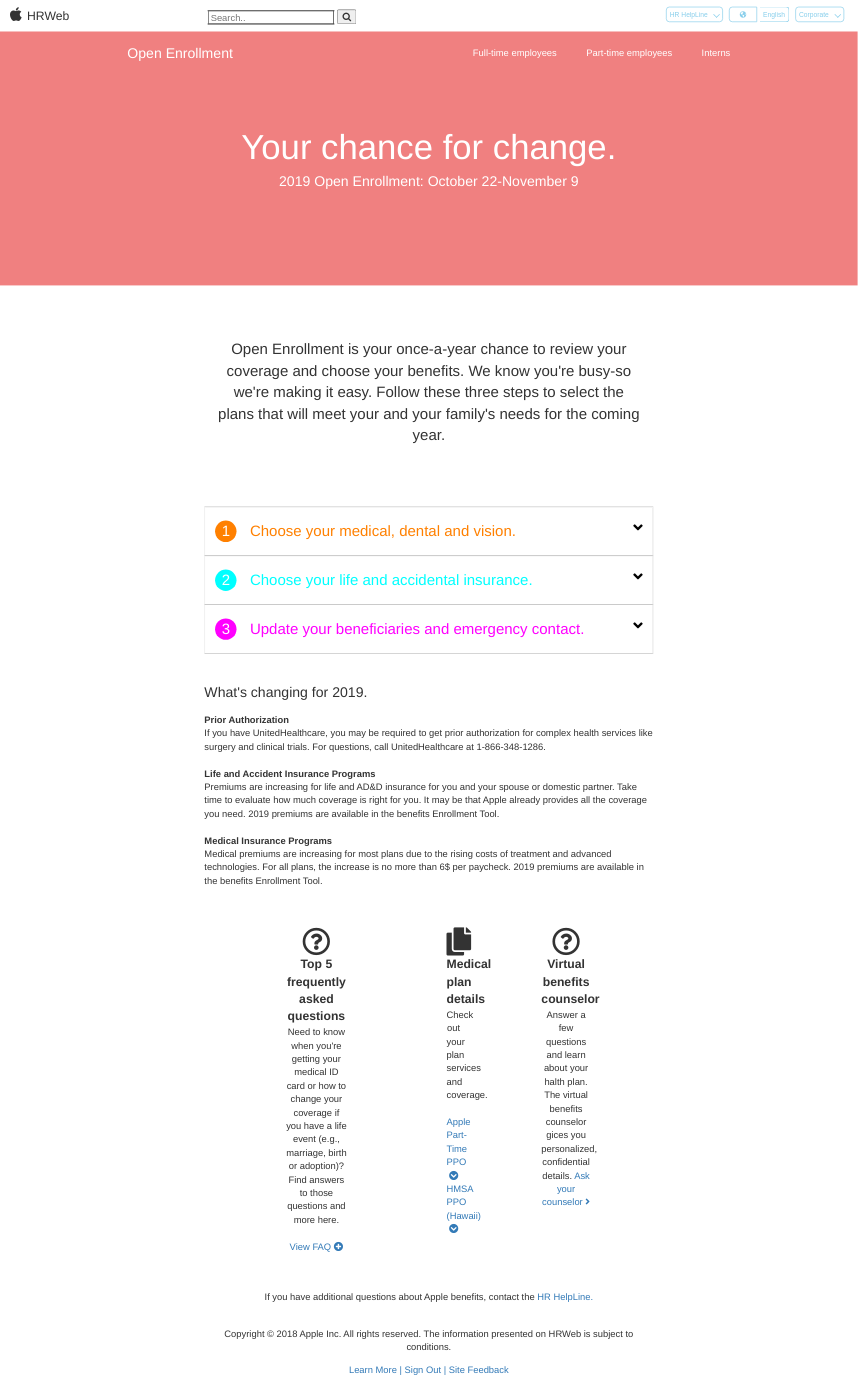
Repository: rmcc0724/templates
Page: index.html
The author's editor kept a record of every edit. The page is drawn from the files as they stood at one moment, then again after the next edit.
The browser window is 1280 px wide. The pictures show the whole page, at 67% of full size.
Some web libraries are served in a nearby version.

Above is the page before.

### index.html
<!DOCTYPE html>
<html lang="en">

<head>
  <meta name="viewport" content="width=device-width, initial-scale=1" <title>
  </title>
  <link rel="stylesheet" href="https://use.fontawesome.com/releases/v5.5.0/css/all.css" integrity="sha384-B4dIYHKNBt8Bc12p+WXckhzcICo0wtJAoU8YZTY5qE0Id1GSseTk6S+L3BlXeVIU" crossorigin="anonymous">
  <link rel="stylesheet" href="https://maxcdn.bootstrapcdn.com/bootstrap/3.3.7/css/bootstrap.min.css">
  <link rel="stylesheet" href="https://cdnjs.cloudflare.com/ajax/libs/font-awesome/4.7.0/css/font-awesome.min.css">
  <script src="https://ajax.googleapis.com/ajax/libs/jquery/3.3.1/jquery.min.js"></script>
  <script src="https://maxcdn.bootstrapcdn.com/bootstrap/3.3.7/js/bootstrap.min.js"></script>
  <script src="https://cdnjs.cloudflare.com/ajax/libs/popper.js/1.14.5/umd/popper.min.js"></script>
  <link rel="stylesheet" href="css/normalize.css">
  <link rel="stylesheet" href="css/style.css">
  <link rel="stylesheet" href="css/responsive.css">
</head>

<body>

  <div id="top-items">
    <p><i class="fab fa-apple fa-x3"></i>HRWeb</p>
    <div class="searchForm example">
      <input type="text" placeholder="Search.." name="search">
      <button type="submit"><i class="fa fa-search"></i></button>
    </div>

    <div class="dropdownItems">
      <div class="dropdown">
        <button class="dropbtn">HR HelpLine<i class="arrow down"></i></button>
        <div id="myDropdown" class="dropdown-content">
          <a href="#hrhelpline">1800-HR</a>
        </div>
      </div>
      <div class="dropdown earth">
        <button class="dropbtn"><i class="fas fa-globe-americas"></i></button>
        <div id="myDropdown" class="dropdown-content">
        </div>
      </div>
      <div class="dropdown">
        <button class="dropbtn eng">English</button>
        <div id="myDropdown" class="dropdown-content">
          <a href="#hrhelpline">English</a>
        </div>
      </div>


      <div class="dropdown">
        <button class="dropbtn">Corporate<i class="arrow down"></i></button>
        <div id="myDropdown" class="dropdown-content">
          <a href="#hrhelpline">Corporate</a>

        </div>
      </div>


    </div>


  </div>

  <header>
    <div class="nav-links">
      <h3>Open Enrollment</h3>
      <nav>
        <ul>
          <li><a href="#">Full-time employees</a></li>
          <li><a href="#">Part-time employees</a></li>
          <li><a href="#">Interns</a></li>
        </ul>
      </nav>
    </div>
    <div class="change">
      <h1 class="text-center">Your chance for change.</h1>
      <h4 class="text-center">2019 Open Enrollment: October 22-November 9</h4>
    </div>


  </header>
  <div class="container">
    <div class="chance">

      <p>Open Enrollment is your once-a-year chance to review your coverage and choose your benefits. We know you're busy-so we're making it easy. Follow these three steps to select the plans that will meet your and your family's needs for the coming year.</p>

      <!----Here I used the bootstrap accordion function -->

      <div class="panel-group" id="accordion">
        <div class="panel panel-default panel_1">
          <div class="panel-heading">
            <h4 class="panel-title">
              <a data-toggle="collapse" data-parent="#accordion" href="#collapse1"><span class="nums num1">1 </span><span>Choose your medical, dental and vision.</span><i class="fas fa-angle-down"></i></a>
            </h4>
          </div>
          <div id="collapse1" class="panel-collapse collapse">
            <div class="panel-body">Medical, dental, and vision info here.</div>
          </div>
        </div>
        <div class="panel panel-default panel_2">
          <div class="panel-heading">
            <h4 class="panel-title">
              <a data-toggle="collapse" data-parent="#accordion" href="#collapse2"><span class="nums num2">2 </span><span>Choose your life and accidental insurance.</span><i class="fas fa-angle-down"></i></a>
            </h4>
          </div>
          <div id="collapse2" class="panel-collapse collapse">
            <div class="panel-body">Life and accidental insurance info here.</div>
          </div>
        </div>
        <div class="panel panel-default panel_3">
          <div class="panel-heading">
            <h4 class="panel-title">
              <a data-toggle="collapse" data-parent="#accordion" href="#collapse3"><span class="nums num3">3 </span><span>Update your beneficiaries and emergency contact.</span><i class="fas fa-angle-down"></i></a>
            </h4>
          </div>
          <div id="collapse3" class="panel-collapse collapse">
            <div class="panel-body">Beneficiaries and emergency contact info here.</div>
          </div>
        </div>
      </div>
    </div>
    <div class="changing">
      <h3>What's changing for 2019.</h3>
      <p><strong>Prior Authorization</strong><br/> If you have UnitedHealthcare, you may be required to get prior authorization for complex health services like surgery and clinical trials. For questions, call UnitedHealthcare at 1-866-348-1286.</p>

      <p><strong>Life and Accident Insurance Programs</strong><br/> Premiums are increasing for life and AD&D insurance for you and your spouse or domestic partner. Take time to evaluate how much coverage is right for you. It may be that Apple already provides
        all the coverage you need. 2019 premiums are available in the benefits Enrollment Tool.</p>

      <p><strong>Medical Insurance Programs</strong><br/> Medical premiums are increasing for most plans due to the rising costs of treatment and advanced technologies. For all plans, the increase is no more than 6$ per paycheck. 2019 premiums are available
        in the benefits Enrollment Tool.
      </p>
    </div>





    <div class="bottom">

      <div class="faq">
        <p><i class="far fa-question-circle fa-3x"></i></p>
        <p class=bottom-title><strong>Top 5 frequently<br />asked questions</strong></p>
          <p>Need to know when you're getting your medical ID card or how to change your coverage if you have a life event (e.g., marriage, birth or adoption)? Find answers to those questions and more here.
          <br/><br/>
          <a href="#">View FAQ <i class="fas fa-plus-circle "></i></a>
        </p>
      </div>
      <div class="faq">
        <p><i class="fas fa-copy fa-3x"></i></p>
        <p class=bottom-title><strong>Medical plan <br/>details</strong></p>
        <p>Check out your plan services and coverage.<br/><br/>
        <a href="#">Apple Part-Time PPO <i class="fas fa-chevron-circle-down"></i></a><br>
        <a href="#">HMSA PPO (Hawaii) <i class="fas fa-chevron-circle-down"></i></a>
        </p>
      </div>

      <div class="faq">
        <p><i class="far fa-question-circle fa-3x"></i></p>
        <p class=bottom-title> <strong>Virtual benefits<br/>counselor</strong></p>
        <p>Answer a few questions and learn about your halth plan. The virtual benefits counselor gices you personalized, confidential details.
          <a href="#">Ask your counselor <i class="fas fa-angle-right"></i></a>
        </p>
      </div>



    </div>



    <footer>
      <p class="text-center questions">If you have additional questions about Apple benefits, contact the <a ref="#">HR HelpLine.</a></p>
      <p>Copyright &#169; 2018 Apple Inc. All rights reserved. The information presented on HRWeb is subject to conditions.</p>
      <ul>
        <li><a href="#">Learn More |</a></li>
        <li><a href="#"> Sign Out |</a></li>
        <li><a href="#"> Site Feedback</a></li>
      </ul>
    </footer>
  </div>
</body>



</html>

### css/style.css
body {
    margin: 0 auto;
}

.container {
    max-width: 700px;
    padding-top: 0px;
}

/************************************************/

/*    Header:       */

/************************************************/

header {
    background-color: lightcoral;
    padding-top: 10px;
    padding-bottom: 15px;
}

nav ul li {
    display: block;
}


h3 {
    margin: 10px 0 20px;
    font-size: 1.5em;
}

h4 {
    font-size: 1em;
    margin: 1em 0;
}

#top-items,
#top,
ul {
    text-align: center;
}

ul li {
    list-style: none;
}


ul {
    padding-left: 0 !important;
}

h1 {
    font-size: 2.3em;

}


.nav-links h3,
.nav-links nav a {
    /* font-size: 1.3em; */
    color: white;
}

header,
.nav-links nav a {
    color: white;
    margin-top: 15px;
}

#top-items p {
    margin: 15px 0 10px;
    font-size: 20pt;
}




.example input {
    border-style: groove;
}



.changing {
    margin-top: 25px;
}

.dropdown {
    float: right;
    position: relative;
    display: inline-block;
}

.dropdown a:hover {
    background-color: #ddd;
}

.show {
    display: block;
}


.dropdown.earth button {
    margin-right: 0;
    border-bottom-right-radius: 0;
    border-top-right-radius: 0;
    border-right: 0.5px solid;
}

.dropbtn i.fas.fa-globe-americas {
    border: none;
    display: inline-block;
    padding: 0;
    margin-right: 10px;
}

.dropbtn.eng {
    border-bottom-left-radius: 0;
    border-top-left-radius: 0;
    border-left: 0;
}


.example button {
    vertical-align: baseline;
}



.searchForm {
    display: inline;
}


.change h4 {
    margin: 5px 15px;
}

.change h1 {
    margin: 10px 15px;
}

i.fab.fa-apple {
    margin-right: 8px;
    font-size: 1.3em;
}
/************************************************/

/*    Body:       */

/************************************************/

.chance {
    margin: 0 auto;
    margin-top: 15px;
}


.chance p {
    max-width: 700px;
    margin: 0px auto 15px;
}

.dropdown {
    float: initial;
    position: relative;
    display: inline-block;
}


.dropbtn {
    background-color: #fff;
    color: skyblue;
    padding: 5px;
    font-size: 10px;
    border: none;
    cursor: pointer;
    border-style: solid;
    border-radius: 5px;
    border-width: thin;
    margin-top: 15px;
}

.dropbtn:hover,
.dropbtn:focus {
    background-color: #fff;
}



.dropdown-content {
    display: none;
    position: absolute;
    background-color: #f1f1f1;
    min-width: 160px;
    overflow: auto;
    box-shadow: 0px 8px 16px 0px rgba(0, 0, 0, 0.2);
    right: 0;
    z-index: 1;
}

.dropdown-content a {
    color: black;
    padding: 12px 16px;
    text-decoration: none;
    display: block;
}

.dropdown i {
    border: solid skyblue;
    border-width: 0 1px 1px 0;
    display: inline-block;
    padding: 3px;
    margin-left: 10px;
}

.right {
    transform: rotate(-45deg);
    -webkit-transform: rotate(-45deg);
}

.left {
    transform: rotate(135deg);
    -webkit-transform: rotate(135deg);
}

.up {
    transform: rotate(-135deg);
    -webkit-transform: rotate(-135deg);
}

.down {
    transform: rotate(45deg);
    -webkit-transform: rotate(45deg);
}

.bottom {
    display: block;
    margin: 25px 0 35px;
}


.bottom strong {
    font-size: 1.3em;
}


.bottom p,
.text-center.questions {
    margin-bottom: 35px;
    text-align: center;
}


.fas.fa-globe-americas {
    border: solid white;
    border-width: 0 1px 1px 0;
    display: inline-block;
    /* padding: 6px; */
    margin-right: 10px;
}

.panel-title a,
.panel-title a:hover {
    text-decoration: none;
}

.panel-title {
    font-size: .9em;
}


#accordion i.fas.fa-chevron-circle-down {
    display: none;
}

.nums {
    margin-right: 5px;
}

/************************************************/

/*    Footer:       */

/************************************************/

footer li {
    display: inline-block;
}

footer p,
header h3 {
    text-align: center;
}


footer {
    margin-top: 0px;
}

### css/responsive.css
/************************************************/

/*    Header:       */

/************************************************/

@media screen and (min-width: 768px) {
    nav ul li {
        display: inline;
    }

    nav ul {
        float: right;
    }

    header {
        margin-top: 0;
        background-color: lightcoral;
        padding-top: 20px;
        padding-bottom: 140px;
    }

    header ul li {
        margin-left: 40px;
    }

    header h3,
    nav {
        display: inline;
    }


    h1 {
        font-size: 2.7em;
    }

    .nav-links {
        max-width: 940px;
        margin: 0 auto;
        padding: 0 20px;
    }

    #top-items {
        text-align: initial;
        padding: 10px 15px;
    }


    #top-items p,
    #top-items .example {
        display: inline-block;
    }

    .change {
        padding-top: 90px;
    }
    .dropdownItems {
        float: right;
    }

    #top-items p {
        margin: 0px;
        font-size: 1.3em;
    }


    .searchForm.example {
        text-align: right;
        width: 30%;
        margin-left: 4%;
        /* margin-bottom: 5px; */
    }

    .nav-links ul {
        margin: 1px 0 0;
    }

    .dropbtn {
        margin-top: 0px;
    }

    /************************************************/
    /*    Body:       */
    /************************************************/
    .dropdown {
        position: relative;
        display: inline-block;
    }

    .bottom p {
        width: 28.33%;
        margin: 0 auto;
    }


    .bottom {
        margin: 40px 0 55px;
        display: -webkit-inline-flex;
    }

    .bottom-desk {

        display: -webkit-inline-flex;
        display: none;
    }

    .bottom-mobile {
        display: -webkit-inline-flex;
    }

    button.dropbtn {
        margin-right: 5px;
    }


    .chance p {
        margin: 0px auto 90px;
        text-align: center;
        font-size: 1.6em;
        max-width: 635px;
    }
    .chance {
        margin: 0 auto;
        margin-top: 80px;
    }

    h4 {
        font-size: 1.5em;
    }

    .changing {
        margin-top: 45px;
    }
    .changing p {
        margin: 0 0 20px;
    }


    .panel-heading {
        padding: 20px 15px;
        border-bottom: 1px solid transparent;
        border-top-left-radius: 3px;
        border-top-right-radius: 3px;
    }

    .panel-default>.panel-heading {
        background-color: #fff;
    }

    .panel-default {
        border-color: #fff;
    }

    .panel {
        margin-bottom: 20px;
        background-color: #c3c3c3;
        border: 1px solid transparent;
        -webkit-box-shadow: 0 1px 1px rgba(0, 0, 0, .05);
        box-shadow: 0 0px 0px rgba(0, 0, 0, .05);
        border-left-color: #fff;
        border-right-color: #fff;
        border-bottom-left-radius: 0 !important;
        border-top-left-radius: 0 !important;
        border-bottom-right-radius: 0 !important;
        border-top-right-radius: 0 !important;
    }
    .panel-title {
        margin-top: 0;
        margin-bottom: 0;
        font-size: 1.6em;
        color: #fff;
    }
    .panel-group .panel-heading+.panel-collapse>.list-group,
    .panel-group .panel-heading+.panel-collapse>.panel-body {
        border-top: 0px solid #ddd;
    }


    .panel-default>.panel-heading {
        color: #333;
        border-color: #ddd;
        border-bottom-left-radius: 0 !important;
        border-top-left-radius: 0 !important;
        border-bottom-right-radius: 0 !important;
        border-top-right-radius: 0 !important;
    }

    .panel-group .panel+.panel {
        margin-top: -1px;
    }

    .panel-collapse {
        background-color: #fff;
    }
    .nums {
        height: 32px;
        width: 32px;
        border-radius: 50%;
        display: inline-block;
        padding-left: 10px;
        padding-top: 3.5px;
        color: #fff;
        margin-right: 20px;
    }

    .num1 {
        background-color: #ff8000;
    }

    .num2 {
        background-color: #00ffff;
    }

    .num3 {
        background-color: #ff00ff;
    }

    .panel_1 h4 {
        color: #ff8000;
    }

    .panel_2 h4 {
        color: #00ffff;
    }

    .panel_3 h4 {
        color: #ff00ff;
    }

    #accordion i.fas.fa-chevron-circle-down {
        display: inline;
        float: right;
    }

    i.fas.fa-angle-down {
        float: right;
        color: #000;
    }

    i.fas.fa-angle-down {
        display: -webkit-inline-box;
    }

}

@media screen and (min-width: 950px) {
    h1 {
        font-size: 3.7em;
    }
}

Loaded but not shown: css/normalize.css (library)

After the next edit:
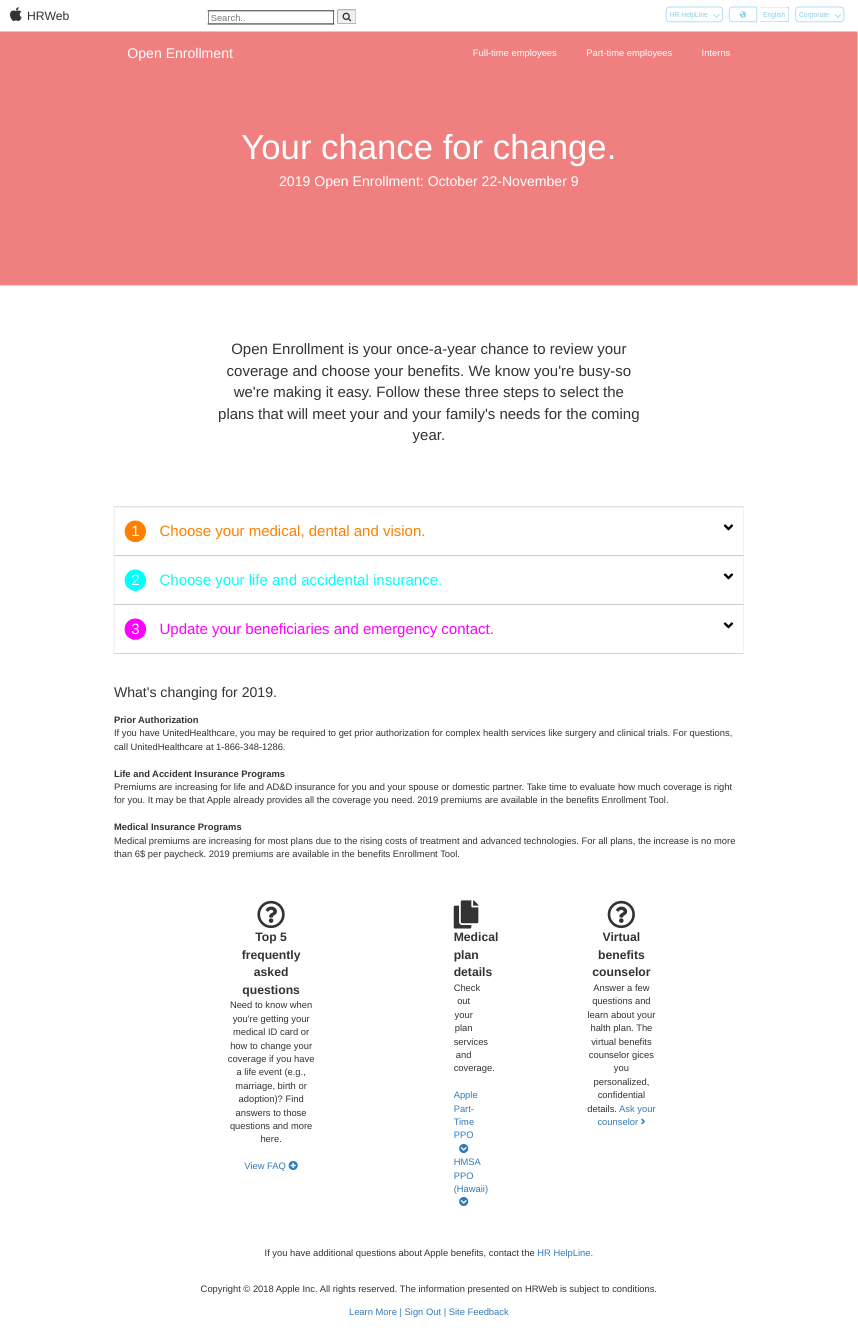
The edit:
--- a/css/style.css
+++ b/css/style.css
@@ -3,7 +3,7 @@
 }
 
 .container {
-    max-width: 700px;
+    max-width: 970px;
     padding-top: 0px;
 }
 
@@ -105,6 +105,8 @@
     border-bottom-right-radius: 0;
     border-top-right-radius: 0;
     border-right: 0.5px solid;
+    border-right-color:
+    color: skyblue;
 }
 
 .dropbtn i.fas.fa-globe-americas {
@@ -157,6 +159,7 @@
 
 
 .chance p {
+    text-align: center;
     max-width: 700px;
     margin: 0px auto 15px;
 }
@@ -278,6 +281,10 @@
     margin-right: 5px;
 }
 
+#accordion {
+    margin: 0 auto;
+}
+
 /************************************************/
 
 /*    Footer:       */
